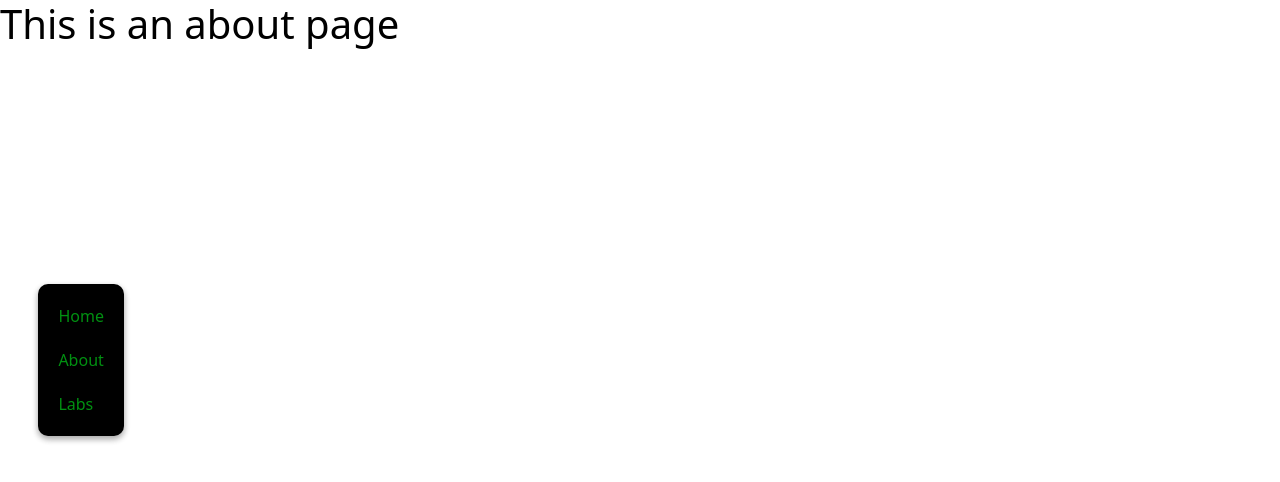
Repository: tuankiet10920/homeworkFEF
Page: /about
An editor plug-in stored every save of this project. The page is shown before and after the next save, followed by the edit.
The browser window is 1280 px wide. The pictures show the whole page.
The project was rebuilt for these pictures with package versions that can differ from the ones it lists, and the page was loaded fresh each time. Also part of the build but not shown: vite.config.js, src/components/HelloWorld.vue, src/Labs/Lab1/Bai2.vue, src/views/HomeView.vue.

Above is the page before, as saved 2024-10-22 14:41:58.

After the next save:
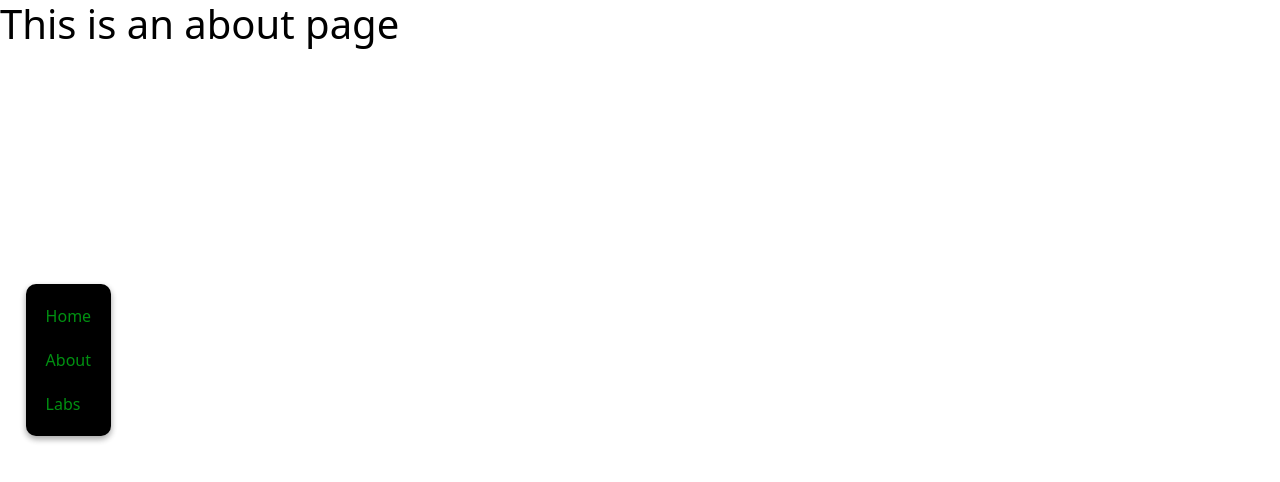
Saved 18 s later.
--- a/src/App.vue
+++ b/src/App.vue
@@ -31,7 +31,7 @@ nav {
   justify-content: center;
   position: absolute;
   top: 50%;
-  left: 3%;
+  left: 2%;
   transform: translateY(-50%);
   padding: 20px;
   border-radius: 10px;
